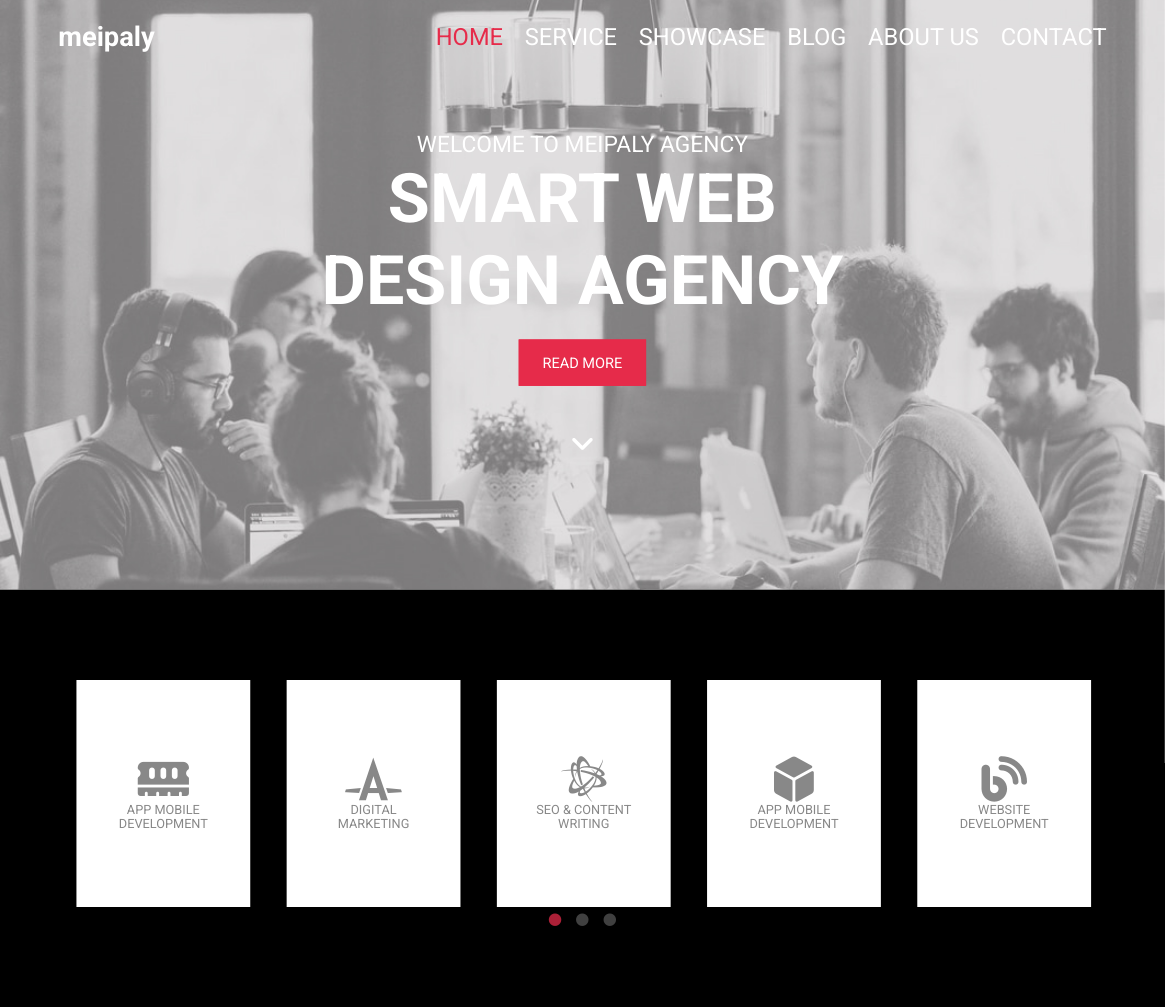
Repository: ducdatit2002/meipaly
Page: index.html
The author's editor kept a copy of each file at every save. The page is drawn from the files as they stood at one save, then again after the next save.
The browser window is 1280 px wide. The pictures show the whole page, at 91% of full size.

Above is the page before, as saved 2023-07-17 11:00:52.

### index.html
<!DOCTYPE html>
<html lang="en">
  <head>
    <meta charset="UTF-8" />
    <meta name="viewport" content="width=device-width, initial-scale=1.0" />
    <title>Meipaly</title>
    <link rel="stylesheet" href="./index.css" />
    <link
      rel="stylesheet"
      href="https://cdnjs.cloudflare.com/ajax/libs/font-awesome/6.4.0/css/all.min.css"
      integrity="sha512-iecdLmaskl7CVkqkXNQ/ZH/XLlvWZOJyj7Yy7tcenmpD1ypASozpmT/E0iPtmFIB46ZmdtAc9eNBvH0H/ZpiBw=="
      crossorigin="anonymous"
      referrerpolicy="no-referrer"
    />
    <link rel="preconnect" href="https://fonts.googleapis.com">
    <link rel="preconnect" href="https://fonts.gstatic.com" crossorigin>
    <link
        href="https://fonts.googleapis.com/css2?family=Open+Sans:wght@300;400;500;600&family=Roboto:wght@300;400;500;700&display=swap"
        rel="stylesheet">
    <!-- FONT AWESOME -->
    <link rel="stylesheet" href="https://cdnjs.cloudflare.com/ajax/libs/font-awesome/6.4.0/css/all.min.css"
      integrity="sha512-iecdLmaskl7CVkqkXNQ/ZH/XLlvWZOJyj7Yy7tcenmpD1ypASozpmT/E0iPtmFIB46ZmdtAc9eNBvH0H/ZpiBw=="
      crossorigin="anonymous" referrerpolicy="no-referrer" />
    <!-- Slick CSS -->
    <link rel="stylesheet" type="text/css" href="./slick-1.8.1/slick/slick.css" />

    <link rel="stylesheet" type="text/css" href="./slick-1.8.1/slick/slick-theme.css" />

  <body>
    <header>
      <div class="header__container container">
        <span>meipaly</span>
        <nav>
            <a href="#" class="active">HOME</a>
            <a href="#">SERVICE</a>
            <a href="#">SHOWCASE</a>
            <a href="#">BLOG</a>
            <a href="#">ABOUT US</a>
            <a href="#">CONTACT</a>
        </nav>
      </div>
    </header>
    <section class="banner">
        <div class="banner__container">
            <p>WELCOME TO MEIPALY AGENCY</p>
            <h2>
                SMART WEB
                DESIGN AGENCY
            </h2>
            <button>READ MORE</button>
            <i class="fa fa-angle-down"></i>
        </div>
    </section>
    <section class="carousel">
      .carousel__title
      <div class="container">
        <div class="carousel__list">
          <!-- START LIST ITEM -->
          <div class="carousel__item">
            <div class="item__container">
              <i class="fa fa-memory"></i>
              <p>APP MOBILE <br>DEVELOPMENT </p>
            </div>
          </div>
          <div class="carousel__item">
            <div class="item__container">
              <i class="fab fa-autoprefixer"></i>
              <p>DIGITAL <br>MARKETING</p>
            </div>
          </div>
          <div class="carousel__item">
            <div class="item__container">
              <i class="fab fa-battle-net"></i>
              <p>SEO & CONTENT <br>WRITING</p>
            </div>
          </div>
          <div class="carousel__item">
            <div class="item__container">
              <i class="fa fa-dice-d6"></i>
              <p>APP MOBILE <br>DEVELOPMENT </p>
            </div>
          </div>
          <div class="carousel__item">
            <div class="item__container">
              <i class="fa fa-blog"></i>
              <p>WEBSITE <br>DEVELOPMENT</p>
            </div>
          </div>
          <div class="carousel__item">
            <div class="item__container">
              <i class="fa fa-blog"></i>
              <p>WEBSITE <br>DEVELOPMENT</p>
            </div>
          </div>
          <div class="carousel__item">
            <div class="item__container">
              <i class="fa fa-blog"></i>
              <p>WEBSITE <br>DEVELOPMENT</p>
            </div>
          </div>
          <!-- END LIST ITEM -->
        </div>
      </div>

    </section>
    <section class="blog"></section>
    <section class="number"></section>
    <section class="experience"></section>
    <section class="contact"></section>
    <footer></footer>
    <!-- JQuery -->
    <script src="https://code.jquery.com/jquery-1.12.4.js" integrity="sha256-Qw82+bXyGq6MydymqBxNPYTaUXXq7c8v3CwiYwLLNXU="
      crossorigin="anonymous"></script>
    <!-- Slick -->
    <script src="./slick-1.8.1/slick/slick.js"></script>
    <script>
      $(document).ready(function () {
          $('.carousel__list').slick({
            infinite: true,
            slidesToShow: 5,
            slidesToScroll: 3,
            arrows: false,
            dots:true
            // setting- name: setting - value
        });
      });
    </script>

  </body>
</html>

### index.css
*{
    padding: 0;
    margin: 0;
    box-sizing: border-box;
    font-family: 'Open Sans', sans-serif;
    font-family: 'Roboto', sans-serif;
}
/* flex => list */
header {
    position: absolute;
    width: 100%;
    display: flex;
    justify-content: center;
}
.container {
    width: 90%;
    max-width: 1200px;
    margin: 0 auto;
}
.header__container {
    height: 80px;
    display: flex;
    justify-content: space-between;
    align-items: center;
}
/* Trục chính default là chiều ngang */
/* Justify-content: trục chính */
/* align-items: trục phụ */
header span {
    font-size: 30px;
    font-weight: 800;
    color: white;
}
header a {
    color: white;
    text-decoration: none;
    text-transform: uppercase;
    margin-left: 20px;
    font-size: 26px;
    transition: 0.5s;
}
header a.active, header a:hover {
    color: #e62b4a;
}

/* BANNER */
.banner {
    background-image: url(./img/home_slider.jpg);
    height: 90vh;
    min-height: 500px;
    background-repeat: no-repeat;
    background-size: cover;
    background-position: center;
    /*  */
    display: flex;
    align-items: center;
    justify-content: center;
}
.banner__container {
    width: 600px;
    height: 400px;
    display: flex;
    flex-direction: column;
    /* chuyển trục chính từ ngang sang dọc */
    justify-content: center;
    align-items: center;
    color: white;
}
.banner__container p{
    font-size: 25px;
}
.banner__container h2 {
    font-size: 75px;
    line-height: 90px;
    text-align: center;
}
.banner__container button {
    font-size: 16px;
    margin-top: 20px;
    padding: 15px 25px;
    background-color: #e62b4a;
    color: white;
    border: 1px solid #e62b4a;
    cursor: pointer;
    transition: all 0.5s;
}
.banner__container button:hover {
    background-color: #af2239;
}
.banner__container i {
    margin-top: 50px;
    font-size: 30px;
    animation-name: animate_arrow ;
    animation-duration: 1s;
    animation-iteration-count: infinite;
}



/* CAROUSEL */
.carousel {
    background: #000;
    padding: 80px 0;
}
.carousel__item {
    padding: 0 20px;
}
.carousel__item i {
    font-size: 50px;
    color: #888888;
}
.carousel__item p {
    font-size: 14px;
    text-align: center;
    color: #888888;
}
.item__container {
    background: white;
    height: 250px;
    display: flex;
    flex-direction: column;
    justify-content: center;
    align-items: center;
    position: relative;
}
.item__container::before {
    content: "";
    display: block;
    position: absolute;
    right: 0;
    top: 0;
    width: 5px;
    background: #e62b4a;
    height: 0%;
    transition: 0.3s;
}
.item__container:hover::before {
    height: 100%;
}
.slick-dots li button:before {
    color: white !important;
    font-size: 16px !important;
}

.slick-dots li.slick-active button:before {
    color: #e62b4a !important;
    font-size: 16px;
}
@keyframes animate_arrow {
    from {
        opacity: 1;
        transform: translateY(0px);
    }

    to {
        opacity: 0;
        transform: translateY(100px);
    }
}

Loaded but not shown: slick-1.8.1/slick/slick.css (common file); slick-1.8.1/slick/slick-theme.css (library); slick-1.8.1/slick/slick.js (library)

After the next save:
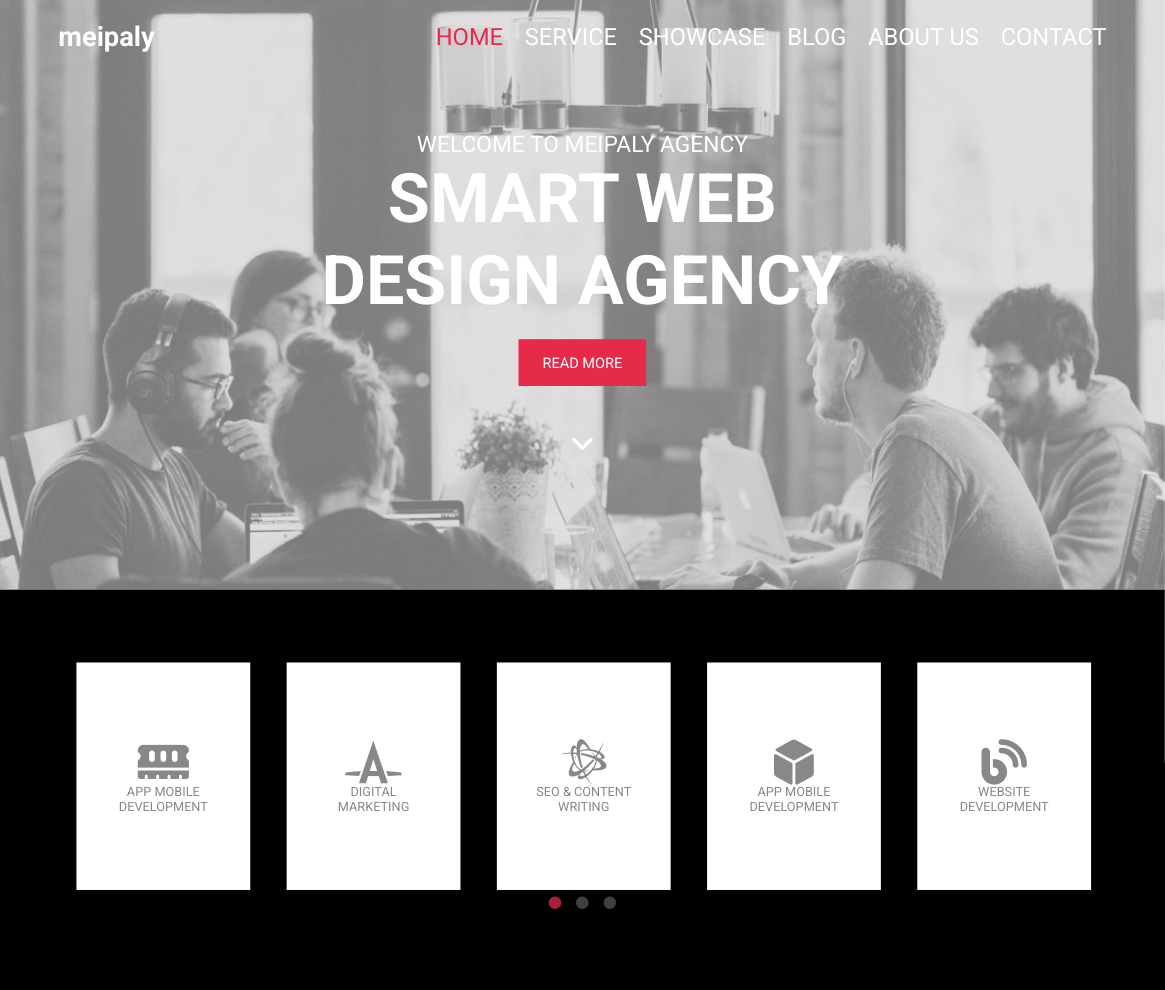
Saved 7 s later.
--- a/index.html
+++ b/index.html
@@ -52,7 +52,9 @@
         </div>
     </section>
     <section class="carousel">
-      .carousel__title
+      <div class="title">
+
+      </div>
       <div class="container">
         <div class="carousel__list">
           <!-- START LIST ITEM -->

After the 4 saves that followed:
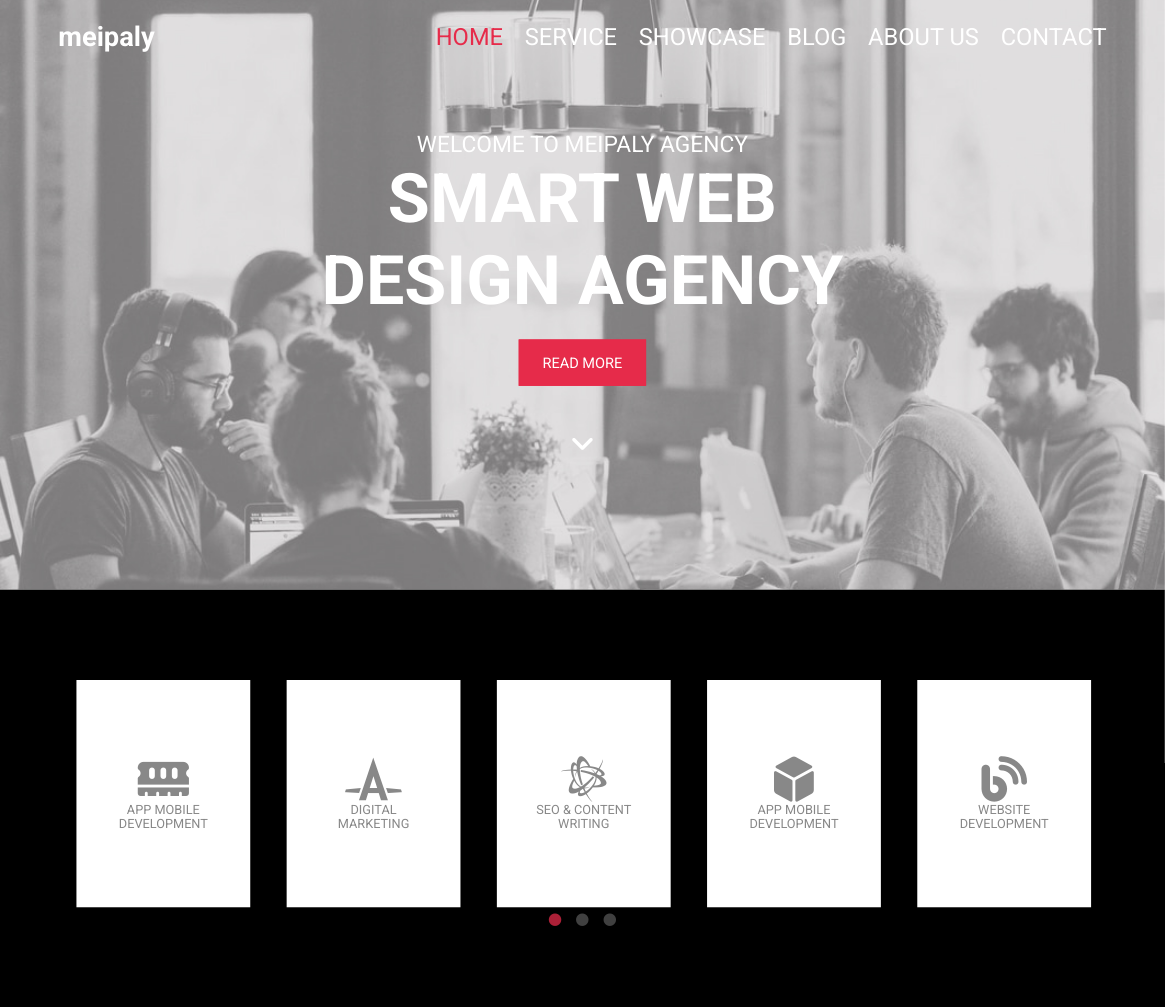
The 4 saves are shown as one change because 1 left the picture as it was and some came seconds apart.
The last was saved 18 s later.
--- a/index.html
+++ b/index.html
@@ -53,6 +53,7 @@
     </section>
     <section class="carousel">
       <div class="title">
+        <p>SERVICES WE ARE OFFERING</p>
 
       </div>
       <div class="container">
